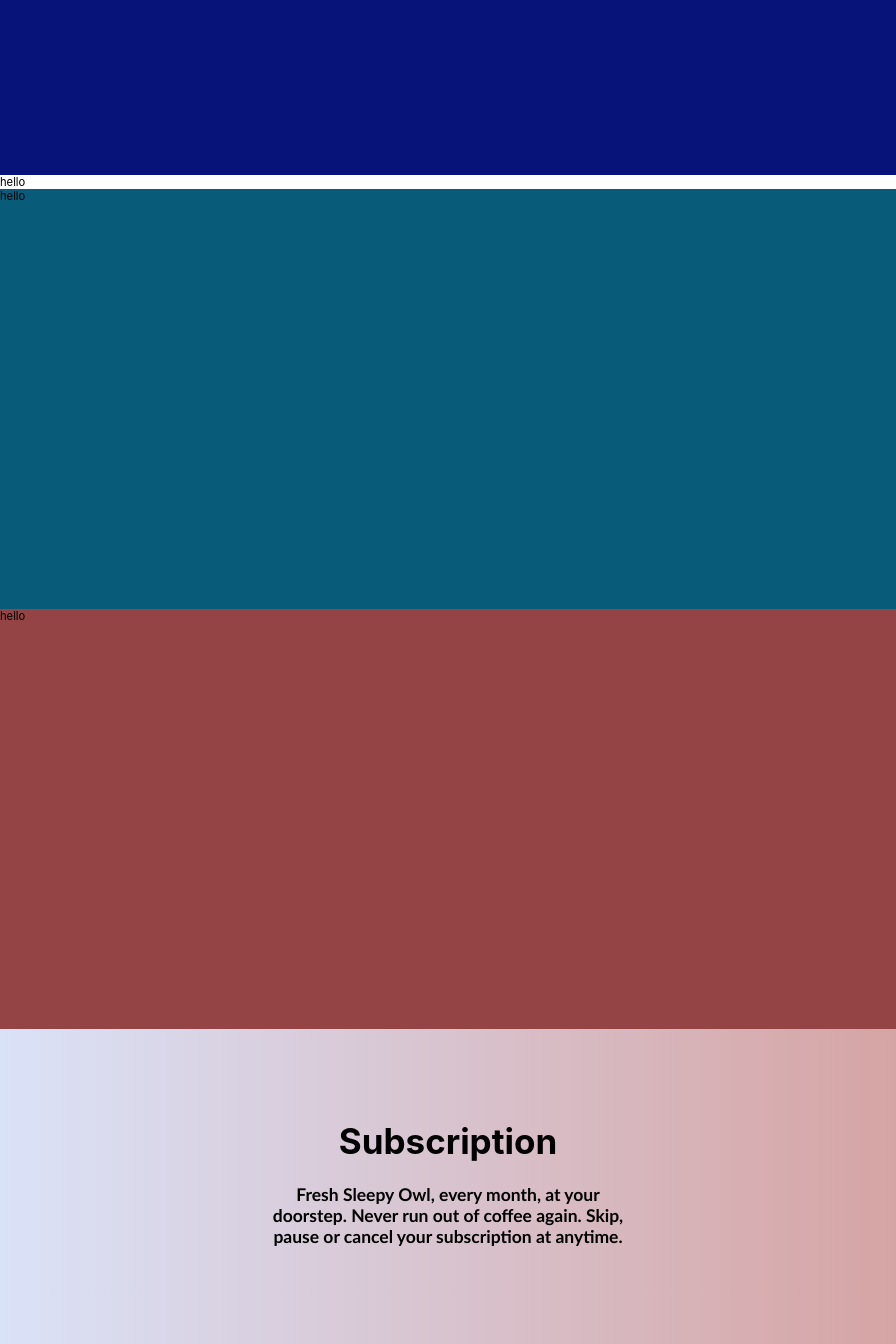
Repository: tusharpasricha/owlsomecoffee
Page: /
An editor plug-in stored every save of this project. The page is shown before and after the next save, followed by the edit.
The browser window is 1280 px wide. The pictures show the part of the page from y = 2150 to 4070 px (the page is 4120 px tall before and 4700 px after), at 70% of full size.
The project was rebuilt for these pictures with package versions that can differ from the ones it lists, and the page was loaded fresh each time. Imported but missing from the stored project, and not drawn on this page: src/components/giftboxes. to="giftboxes"css.

Above is the page before, as saved 2021-09-27 18:19:04.

After the next save:
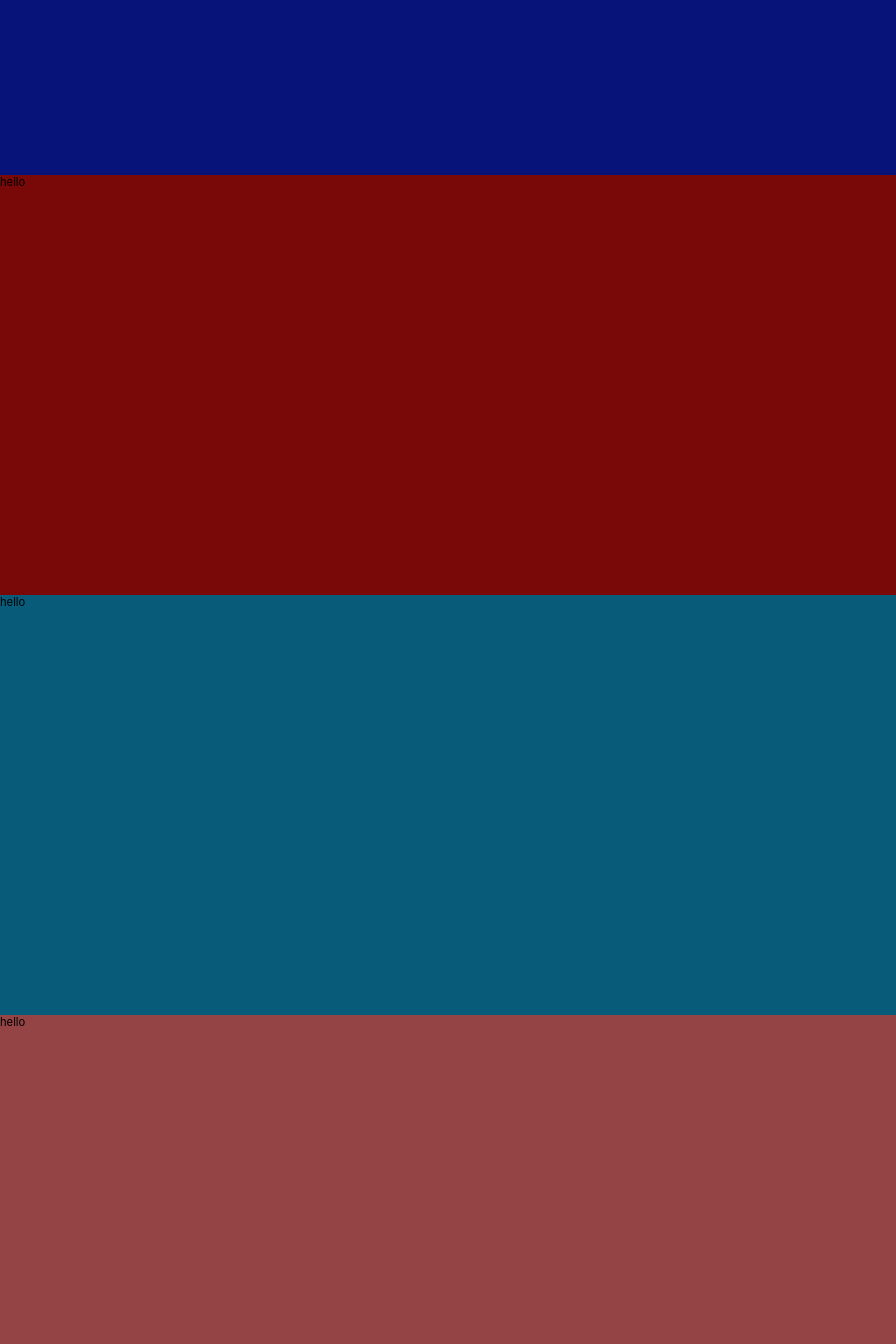
Saved 67 s later.
--- a/src/components/giftboxes.js
+++ b/src/components/giftboxes.js
@@ -1,5 +1,5 @@
 import React from 'react';
-import './giftboxes. to="giftboxes"css';
+import './giftboxes.css';
 
 const Giftboxes = () => {
     return (
